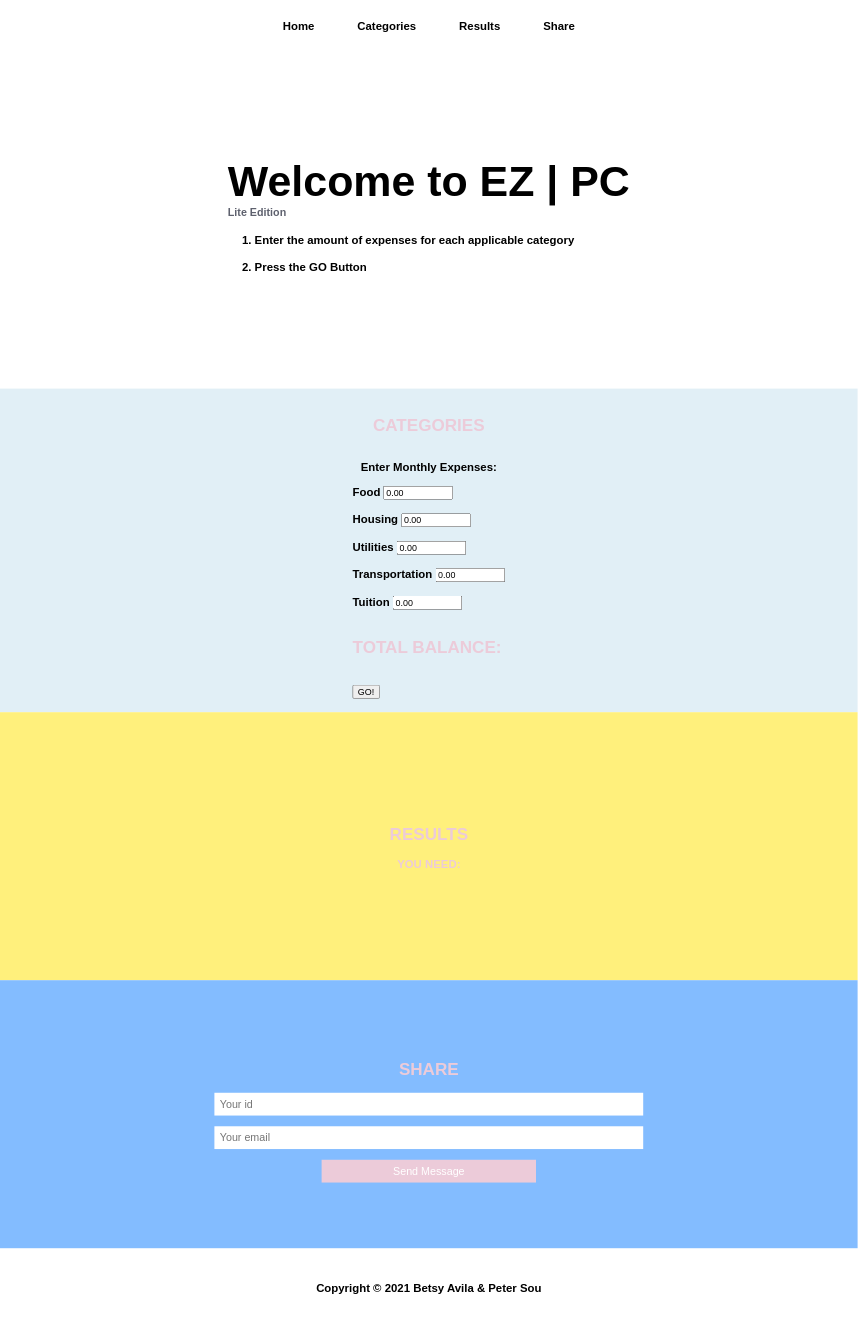
Repository: Peter-Sou/CSE-111-Project-1
Page: http://localhost/
An editor plug-in stored every save of this project. The page is shown before and after the next save, followed by the edit.
The browser window is 1280 px wide. The pictures show the whole page, at 67% of full size.
Some web fonts or font styles are not loaded; a fallback is used. The page is served by the project's application, run on Django 3.2 (manage.py). Other server files are loaded and not shown.

Above is the page before, as saved 2021-12-07 18:24:13.

### ezPC/EZPCAPP/templates/EZPCAPP/hi.html
{% load static %}
<!DOCTYPE html>
<html lang="en">
<head>
    <meta charset="UTF-8">
    <title>EZ | PC </title>
    <link rel="preconnect" href="https://fonts.gstatic.com">
    <link href="https://fonts.googleapis.com/css2?family=Josefin+Sans:wght@300&display=swap" rel="stylesheet">
    <!--Resposive meta tag to make this webpage page looking good on mobile browser-->
    <meta id="viewport" content="width=device-width, initial-scale=1.0">

    <link rel="shortcut icon" type="image/png" href="assets/favicon.png" />
    <!--Include styles.css file to this webpage-->
    <link rel="stylesheet" href ="{%static 'css/main.css' %}">
    <!--Include script.js file to this webpage-->
    {% comment %} <script type="module" src="script.js"></script> {% endcomment %}
</head>
<body>
    <nav>
		<a href = "#header">Home</a>
		<a href = '#Categories'>Categories</a>
		<a  href = '#Results'>Results</a>
		<a href = "#Share">Share</a>
    </nav>
    <header id = 'header'>
        <div>
            <h1>Welcome to EZ | PC</h1>
            <h3>Lite Edition</h3>
            <h4></h4>
            <ol>
                <li>Enter the amount of expenses for each applicable category</li>
                <br>
                <li>Press the GO Button</li>
                </ol>
        </div>
        {% comment %} <img src="assets/profile_professional.jpg"> {% endcomment %}
	</header>
    <section id = 'Categories'>
	    <h2>Categories</h2>
		<p><strong>Enter Monthly Expenses:</strong> </p>

		<form>
		    <div>
			    <label for = "food">Food</label>
				<input type="number" id= "Food" min="0.00" step="0.01" max="30000" value="0.00" />
			</div>
			<br>
			<div>
			    <label for = "Housing">Housing</label>
				<input type="number" id="Housing" min="0.00" step="0.01" max="30000" value="0.00" />
			</div>
			<br>
			<div>
			    <label for = "Utilities">Utilities</label>
				<input type="number" id= "Utilities" min="0.00" step="0.01" max="30000" value="0.00" />
			</div>
			<br>
			<div>
			    <label for = "Transportation">Transportation</label>
				<input type="number" id= "Transportation" min="0.00" step="0.01" max="30000" value="0.00" />
			</div>
			<br>
			<div>
			    <label for = "Tuition">Tuition</label>
				<input type="number" id = "Tuition" min="0.00" step="0.01" max="30000" value="0.00" />
			</div>
			<br>
			<div>
			    <h2>Total Balance: </h2>
				<h2 id = "total"></h2>
            </div>
			<br>
            <button onclick = "CalcSum()">GO!</button>
		</form>

		</section>
		<section id = 'Results'>
			<div>
				<h2>Results</h2>
				<p id = "total">You need: </p>
			</div>
		</section>
		<section id = 'Share'>
			<h2>Share</h2>
			<form action = '/survey/checkout' method = 'post' enctype= "multipart/form-data">
				<input type="id" placeholder='Your id' required>
				<input type="email" placeholder='Your email' required>
				<button>Send Message</button>
				<input type='hidden' id='redirecturl' value='thankyou.html'>
				<input type='hidden' id='survey' value='Share'>
			</form>
		</section>

		<main></main>
		<footer id = "foot">
			<div>Copyright © 2021 Betsy Avila & Peter Sou</div>
		</footer>
	</body>

</html>

### ezPC/EZPCAPP/views.py
from django.shortcuts import render
from django.http import HttpResponse
def hi(request):
    return render(request,'EZPCAPP/hi.html')

### ezPC/ezPC/urls.py
"""ezPC URL Configuration

The `urlpatterns` list routes URLs to views. For more information please see:
    https://docs.djangoproject.com/en/3.2/topics/http/urls/
Examples:
Function views
    1. Add an import:  from my_app import views
    2. Add a URL to urlpatterns:  path('', views.home, name='home')
Class-based views
    1. Add an import:  from other_app.views import Home
    2. Add a URL to urlpatterns:  path('', Home.as_view(), name='home')
Including another URLconf
    1. Import the include() function: from django.urls import include, path
    2. Add a URL to urlpatterns:  path('blog/', include('blog.urls'))
"""
from django.contrib import admin
from django.urls import path, include


urlpatterns = [
    path('admin/', admin.site.urls),
    path('', include('EZPCAPP.urls'))
]

### ezPC/EZPCAPP/urls.py

from django.urls import path
from . import views

urlpatterns = [
    path('', views.hi, name="home-page"),
]

### ezPC/EZPCAPP/static/css/main.css
*{
	box-sizing: border-box;
}
html{
	scroll-behavior: smooth;
}

body {
	display:flex;
	flex-direction: column;
	align-items:center;
	justify-content:space-between;

	margin:0;
	padding:0;
	min-height:100vh;

	font-family: 'Josefin Sans', sans-serif;/*link href in the head tag*/
	font-size: 17px;
	font-weight:bold;
}

body > * {
	display: flex;
	align-items: center;
	justify-content:center;

}
nav{
	color: black;
	background-color: white;
	height:80px;
	width: 100%;

	max-width:500px;
	justify-content: space-around;
	flex-wrap: wrap;

	position: sticky;
	top:0;
}
/*select all a elements/tags in nav*/
nav a{
	text-decoration: none;
	color: black;
	margin: 0 12px;

}
nav > a{
	margin: 0 10px;
	color: black;
}

a: hover{
	color:#80ffe8;
}

header {
	color:black;
	background-color: white;
	height:500px;
	width:100%;
}
h1 {
	font-size: 64px;
	margin: 0;
}

header h2 {
	font-size: 40px;
	margin: 0;
	color: #eccbd9;
	/* Make all of the characters to uppercase*/
	text-transform: uppercase;
}

header h3 {
	font-size: 16px;
	margin: 0;
	color: #5E616E;
}

header img {
	max-width: 100%;
	height: auto;
	background-color: #fff;
	border-radius: 100%;
	margin-left: 40px;
}

#Categories{
	color:black;
	background-color:#E1EFF6;
	min-height:400px;
	width:100%;
	padding: 20px 0;
	flex-direction: column;

}

#Categories h2{
	color: #eccbd9;
	text-transform:uppercase;
}

#Results{

	color:black;
	background-color:#fff07c;
	min-height:400px;
	width:100%;
	padding: 20px 0;


	display: flex;
	align-items: center;
	justify-content: center;

}
#Results{
	color: #eccbd9;
	text-transform:uppercase;
}

#Results > div{
	max-width:auto;
	width:100%;
	/* padding: top right bottom left */
	padding: 16px 40px 16px 40px;

	/*a in rgba is the alpha channel that specifies the opacity for a color
	background-color: rgba(0, 0, 0, 0.4);*/
	margin:20px 0;
	/* Define the text color in this div box*/
	text-align: center;

}

#Share{
	color:black;
	background-color:#83bcff;
	min-height:400px;
	padding: 20px 0;
	width:100%;
	flex-direction: column; /*keeps the text in the  middle of the colored square*/
}

#Share h2{
	color: #eccbd9;
	text-transform: uppercase;
}

#Share form{
	max-width:640px;
	width:100%;
	display:flex;
	flex-direction: column;
	align-items:center;
}

#Share form >*{
	font-family: 'Josefin Sans', sans-serif;
}

#Share input{
	width:100%;
	font-size: 16px;
	padding: 8px;
	border: none;
	margin-bottom: 16px;

}

#Share textarea{
	width:100%;
	font-size: 16px;
	padding: 8px;
	border: none;
	margin-bottom: 16px;
	height: 120px;
	resize: none;
}

#Share button{
	width: 50%;
	background-color: #eccbd9;
	color:white;
	padding: 8px 16px;
	font-size: 16px;
	border:none;
	cursor:pointer;

}

footer {
	height: 120px;
	display: flex;
	flex-direction: column;
	align-items: center;
	justify-content: center;

}

footer .links{
	display:flex;
	align-items:center;
	justify-content: space-evenly;
	width:120px;
	margin-bottom:8px;

}

footer .links img{
	max-width:100%;
	height:auto;
}

After the next save:
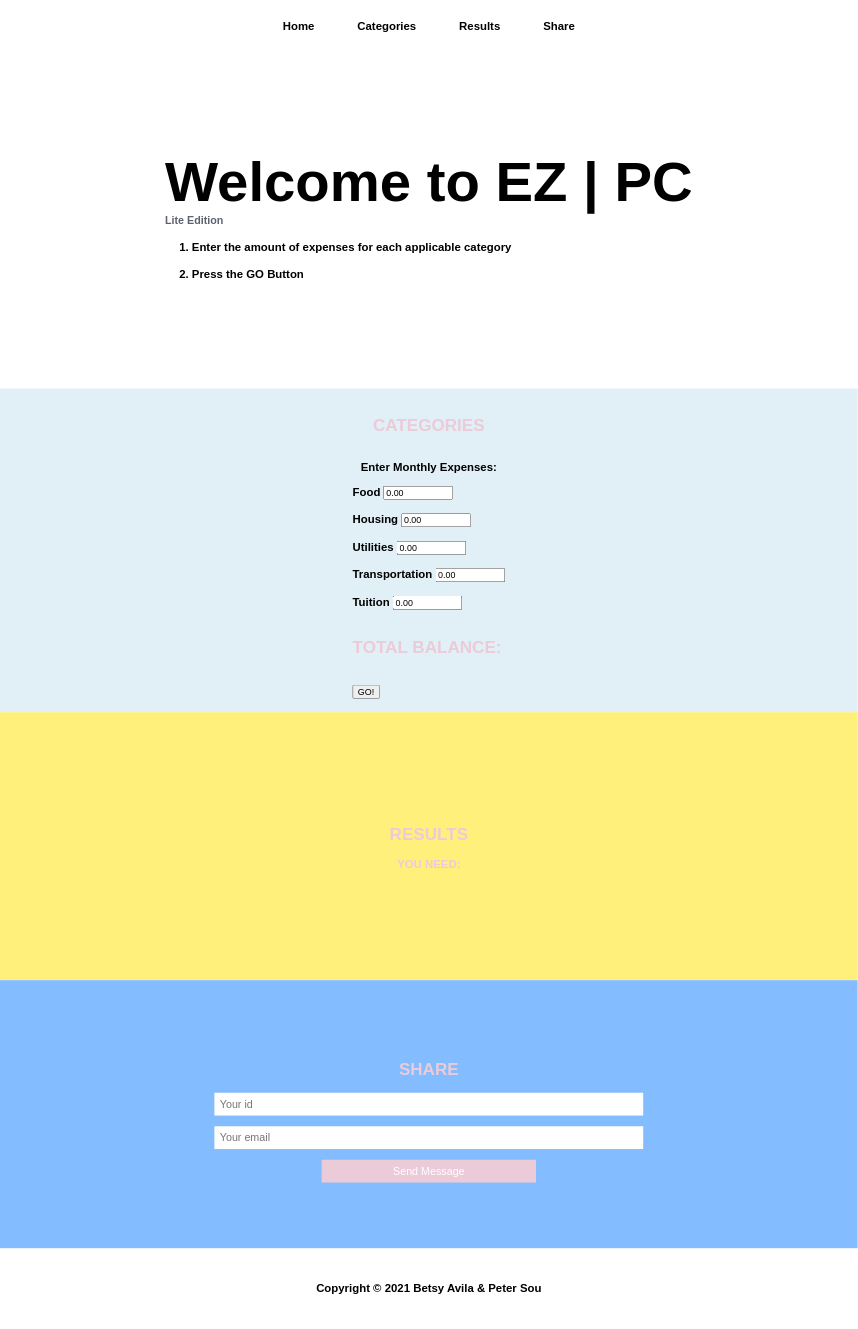
Saved 19 s later.
--- a/ezPC/EZPCAPP/static/css/main.css
+++ b/ezPC/EZPCAPP/static/css/main.css
@@ -62,7 +62,7 @@
 	width:100%;
 }
 h1 {
-	font-size: 64px;
+	font-size: 84px;
 	margin: 0;
 }
 

After the save that followed:
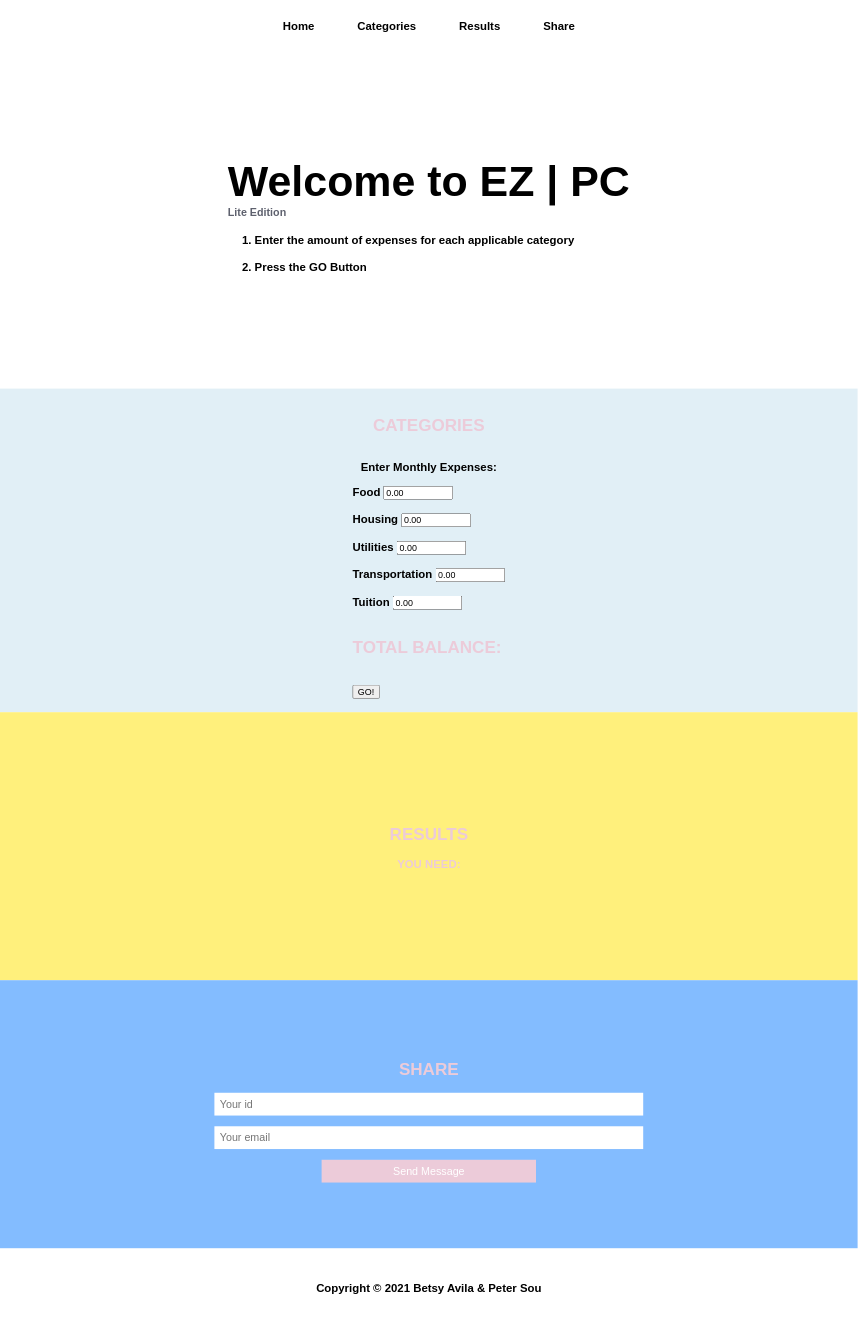
Saved 9 s later.
--- a/ezPC/EZPCAPP/static/css/main.css
+++ b/ezPC/EZPCAPP/static/css/main.css
@@ -62,7 +62,7 @@
 	width:100%;
 }
 h1 {
-	font-size: 84px;
+	font-size: 64px;
 	margin: 0;
 }
 
